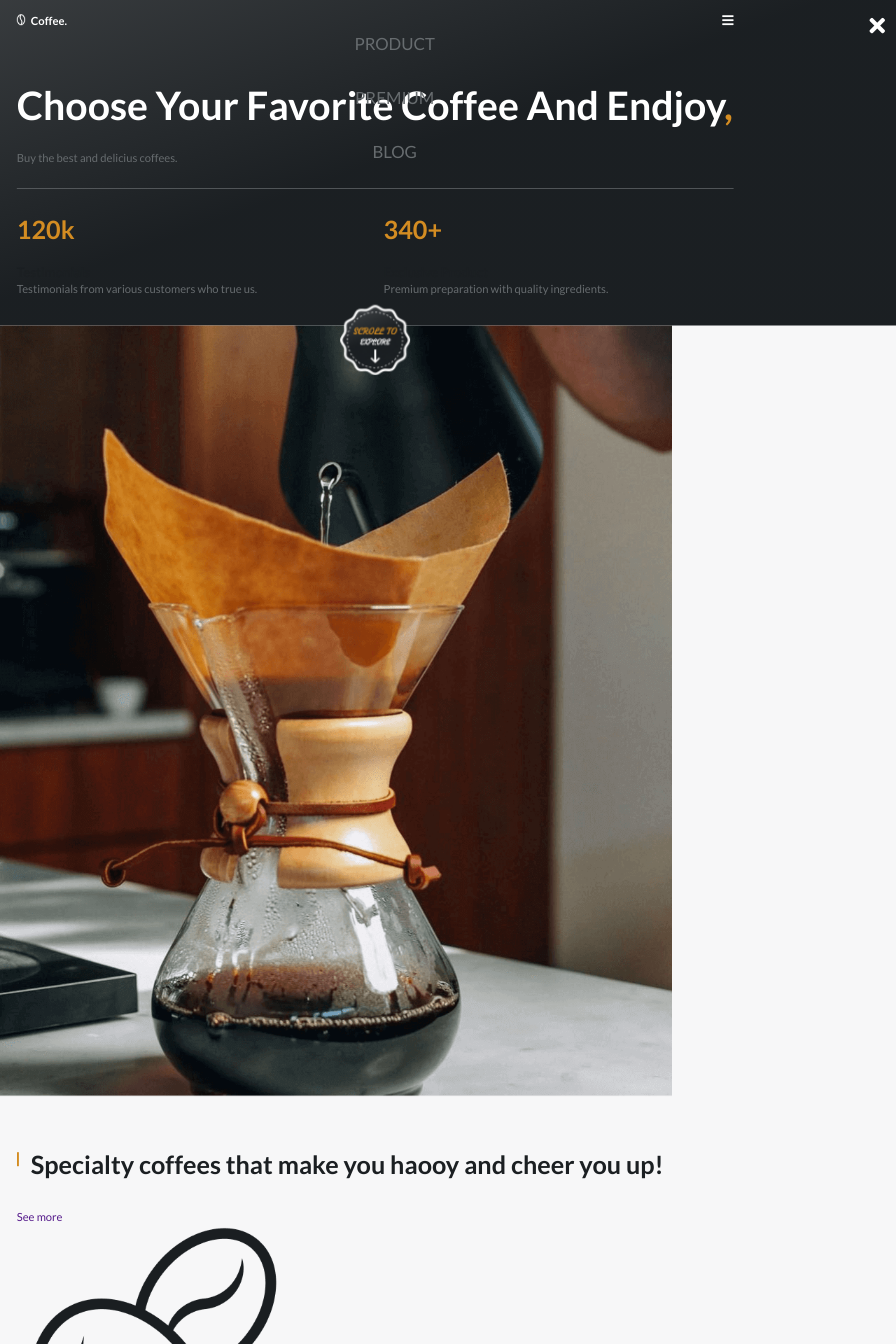
Repository: Nguyenductuan-dev/Website-coffee
Page: index.html
An editor plug-in stored every save of this project. The page is shown before and after the next save, followed by the edit.
The browser window is 1280 px wide. The pictures show the part of the page from y = 0 to 1920 px (the page is 3434 px tall before and 3466 px after), at 70% of full size.

Above is the page before, as saved 2022-04-06 14:41:01.

### index.html
<!DOCTYPE html>
<html lang="en">
<head>
    <meta charset="UTF-8">
    <meta http-equiv="X-UA-Compatible" content="IE=edge">
    <meta name="viewport" content="width=device-width, initial-scale=1.0">
    <link rel="shortcut icon" href="assets/imgs/favicon.png" type="image/x-icon">
    <link rel="stylesheet" href="https://cdnjs.cloudflare.com/ajax/libs/font-awesome/5.15.1/css/all.min.css" />
    <link rel="preconnect" href="https://fonts.googleapis.com">
    <link rel="preconnect" href="https://fonts.gstatic.com" crossorigin>
    <link href="https://fonts.googleapis.com/css2?family=Lato:wght@400;700&family=Montserrat:ital,wght@0,200;0,300;0,400;0,500;0,600;0,700;1,600&display=swap" rel="stylesheet">
    <link rel="stylesheet" href="assets/css/style.css">
    <title>Website coffee</title>
</head>
<body>
    <!-- ============================ HEADER =========================== -->
    <header class="header" id="header">
        <nav class="nav container">
            <a href="/" class="nav__logo">
                <img src="assets/imgs/logo.png" alt="" class="nav__logo-img">
                Coffee.
            </a>

            <div class="nav__menu" id="nav-menu">
                <ul class="nav__list">
                    <li class="nav__item">
                        <a href="#home" class="nav__link">Home</a>
                    </li>
                    <li class="nav__item">
                        <a href="#product" class="nav__link">Product</a>
                    </li>
                    <li class="nav__item">
                        <a href="#premium" class="nav__link">Premium</a>
                    </li>
                    <li class="nav__item">
                        <a href="#blog" class="nav__link">Blog</a>
                    </li>
                </ul>

                <div class="nav__close" id="nav-close">
                    <i class="fas fa-times"></i>
                </div>
            </div>

            <!-- Toggle button -->
            <div class="nav__toggle" id="nav-toggle">
                <i class="fas fa-bars"></i>
            </div>
        </nav>
    </header>

    <!-- ============================ MAIN =============================  -->
    <main>
        <!-- ======================== HOME ============================= -->
        <section class="home grid" id="home">
            <div class="home__container">
                <div class="home__content container">
                    <h1 class="home__title">
                        Choose Your Favorite Coffee And Endjoy<span>,</span>
                    </h1>
                   <p class="home__description">
                       Buy the best and delicius coffees.
                   </p>

                   <div class="home__data">
                       <div class="home__data-group">
                           <h2 class="home__data-number">120k</h2>
                           <h3 class="home-data-title">Testimonials</h3>
                           <p class="home__data-description">
                               Testimonials from various customers who true us.
                           </p>
                       </div>

                       <div class="home__data-group">
                        <h2 class="home__data-number">340+</h2>
                        <h3 class="home-data-title">Exclusive Product</h3>
                        <p class="home__data-description">
                            Premium preparation with quality ingredients.
                        </p>
                    </div>
                   </div>

                   <a href="#specialty">
                       <img src="assets/imgs/scroll.png" alt="" class="home__scroll">
                   </a>
                </div>
            </div>

            <img src="assets/imgs/home.png" alt="" class="home__img">
        </section>

        <!-- ======================== SPECIALTY ============================= -->
        <div class="specialty section container" id="specialty">
            <div class="specialty__container">
                <div class="specialty__box">
                    <h2 class="section__title">
                        Specialty coffees that make you haooy and cheer you up!
                    </h2>

                    <div>
                        <a href="" class="btn specialty__btn">See more</a>
                    </div>
                </div>

                <div class="specialty__catelogy">
                    <div class="speialty__group">
                        <img src="assets/imgs/specialty1.png" alt="" class="specialty__img">
                        <h3 class="specialty__title">Seclected coffee</h3>
                        <p class="specialty__description">
                            We select the best premium coffee, for a true taste.
                        </p>
                    </div>

                    <div class="speialty__group">
                        <img src="assets/imgs/specialty2.png" alt="" class="specialty__img">
                        <h3 class="specialty__title">Delicius Cookies</h3>
                        <p class="specialty__description">
                            Enjoy your coffee whit some hot cookies
                        </p>
                    </div>

                    <div class="speialty__group">
                        <img src="assets/imgs/specialty3.png" alt="" class="specialty__img">
                        <h3 class="specialty__title">Enjoy at home</h3>
                        <p class="specialty__description">
                            Enjoy the best coffee in the comfort of your home.
                        </p>
                    </div>
                </div>
            </div>
        </div>
    </main>



    <script src="assets/js/main.js"></script>
</body>
</html>

### assets/css/style.css
:root {
    --header-height: 3.5rem;
    /* ===============Color=============== */
    --first-color: hsl(36, 72%, 48%);
    --first-color-alt: hsl(36, 72%, 44%);
    --black-color: hsl(206, 12%, 12%);
    --card-color: hsl(0, 0%, 90%);
    --tittle-color: hsl(206, 12%, 12%);
    --text-color: hsl(206, 4%, 42%);
    --tittle-color-light: hsl(206, 4%, 75%);
    --body-color: hsl(206, 4%, 97%);
    --container-color: #fff;

    /* ==============Font=============== */
    --body-font: 'Lato', sans-serif;
    --biggest-font-size: 2.25rem;
    --h1-font-size: 1.5rem;
    --h2-font-size: 1.25rem;
    --h3-font-size: 1rem;
    --normal-font-size: .938rem;
    --small-font-size: .813rem;
    --smaller-font-size: .75rem;

    /* ==============Font weidth========= */
    --font-bold: 700;

    /* ==============Z-index============= */
    --z-tooltip: 10;
    --z-fixed: 100;
}

@media screen and (min-width: 968px){
    :root {
        --biggest-font-size: 3.5rem;
        --h1-font-size: 2.25rem;
        --h2-font-size: 1.5rem;
        --h3-font-size: 1.25rem;
        --normal-font-size: 1rem;
        --small-font-size: .875rem;
        --smaller-font-size: .813rem;
    }
}

/* =================BASE================== */
* {
    padding: 0;
    margin: 0;
    box-sizing: border-box;
}

html {
    scroll-behavior: smooth;
}

body {
    font-family: var(--body-font);
    font-size: var(--normal-font-size);
    background-color: var(--body-color);
    color: var(--text-color);
}

h1,h2,h3 {
    color: var(--tittle-color);
    font-weight: var(--font-bold);
}

h1,h2,h3,p {
    line-height: 140%;
}

ul {
    list-style: none;

}
a {
    text-decoration: none;
}
img {
    max-width: 100%;
    height: auto;
}
button {
    border: none;
    outline: none;
    cursor: pointer;
}

.container {
    max-width: 1024px;
    margin-left: 1.5rem;
    margin-right: 1.5rem;
}
.grid {
    display: grid;
    gap: 1.5rem;
}
.section {
    padding: 4.5rem 0 2rem;
}
.section__title {
    position: relative;
    font-size: var(--h1-font-size);
    padding-left: 1.25rem;
    margin-bottom: 2.5rem;
}
.section__title::before {
    content: '';
    position: absolute;
    top: 8px;
    left: 0;
    width: 3px;
    height: 20px;
    background-color: var(--first-color);
}
/* ====================== HEADER & NAV ====================*/
.header {
    width: 100%;
    background: transparent;
    position: fixed;
    top: 0;
    left: 0;
    z-index: var(--z-fixed);
}
.nav {
    height: var(--header-height);
    display: flex;
    justify-content: space-between;
    align-items: center;
}
.nav__logo,
.nav__toggle {
    color: #fff;
}
.nav__logo {
    display: flex;
    align-items: center;
    column-gap: .5rem;
    font-weight: var(--font-bold);
}
.nav__logo-img {
    width: .75rem;
}
.nav__toggle {
    display: inline-flex;
    font-size: 1.15rem;
    cursor: pointer;
}

@media screen and (max-width: 767px) {
    .nav__menu {
        position: fixed;
        background-color: var(--black-color);
        top: 0;
        right: -100%;
        width: 100%;
        height: 100%;
        transition: .3s;
    }
}

.nav__list {
    display: flex;
    flex-direction: column;
    text-align: center;
    row-gap: 3rem;
    padding-top: 9rem;
}
.nav__link {
    text-transform: uppercase;
    color: var(--text-color-light);
    font-size: var(--h2-font-size);
    transition: .3s;
}
.nav__link:hover {
    color: #fff;
}
.nav__close {
    font-size: 2rem;
    color: #fff;
    position: absolute;
    top: 1rem;
    right: 1rem;
    cursor: pointer;
}

/* =========== Show menu ============ */
.show-menu {
    right: 0;

}
/* =========== SCROLL ========== */
.scroll-header {
    background-color: var(--body-color);
    box-shadow: 0 1px 4px hsla(0, 4%, 15%, .1);
}
.scroll-header .nav__logo,
.scroll-header .nav__toggle {
    color: var(--tittle-color);
}
.scroll-header .nav__logo-img {
    mix-blend-mode: difference;
}

/* =========== HOME ============ */
.home {
    gap: 0;
}
.home__container {
    padding: 7rem 0 2.5rem;
    background: linear-gradient(160deg, hsla(206, 5%, 24%, 1) -4%, hsla(206, 12%, 12%, 1) 46%);
}
.home__content {
    position: relative;
}
.home__title,
.home__data-title {
    color: #fff;
}
.home__title {
    font-size: var(--biggest-font-size);
    margin-bottom: 1.5rem;
}
.home__title span {
    color: var(--first-color);
}
.home__description {
    margin-bottom: 2rem;
}
.home__data {
    border-top: 1px solid var(--text-color);
    padding-top: 2rem;
    display: grid;
    grid-template-columns: repeat(2, 1fr);
    column-gap: 1.5rem;
}
.home__data-number {
    color: var(--first-color);
    font-size: var(--h1-font-size);
    margin-bottom: 1.5rem;
}
.home__data-title {
    font-size: var(--h3-font-size);
    margin-bottom: .5rem;
}
.home__scroll {
    position: absolute;
    width: 100px;
    bottom: -7rem;
    left: 0;
    right: 0;
    margin: 0 auto;
    animation: scroll 3s infinite;
}

@keyframes scroll {
    0% {
        transform: translateY(0);
    }
    50% {
        transform: translateY(-.5rem);
    }
    100% {
        transform: translateY(0);
    }
}

/* =========== BUTTON ============ */

### assets/js/main.js


/* ===================== SHOW MENU ========================= */
const navMenu = document.getElementById('nav-menu');
const navToggle = document.getElementById('nav-toggle');
const navClose = document.getElementById('nav-close');

/* ==================== MENU SHOW ==========================*/
if(navToggle) {
    navToggle.addEventListener('click', () => {
        navMenu.classList.add('show-menu');
    })
}
/* ==================== MENU HIDEN ==========================*/

if(navClose) {
    navClose.addEventListener('click', () =>{
        navMenu.classList.remove('show-menu');
    })
}
/* ===================== REMOVE MENU MOBILE ========================= */
const navLink = document.querySelectorAll('.nav__link');
function linkAction() {
    const navMenu = document.getElementById('nav-menu');
    navMenu.classList.remove('show-menu');

}
navLink.forEach( n => n.addEventListener('click', linkAction));

/* ===================== SCROLL ========================= */
function scrollheader() {
    const header = document.getElementById('header');
    if(this.scrollY >=50) header.classList.add('scroll-header');
    else header.classList.remove('scroll-header');
}
window.addEventListener('scroll', scrollheader);

After the next save:
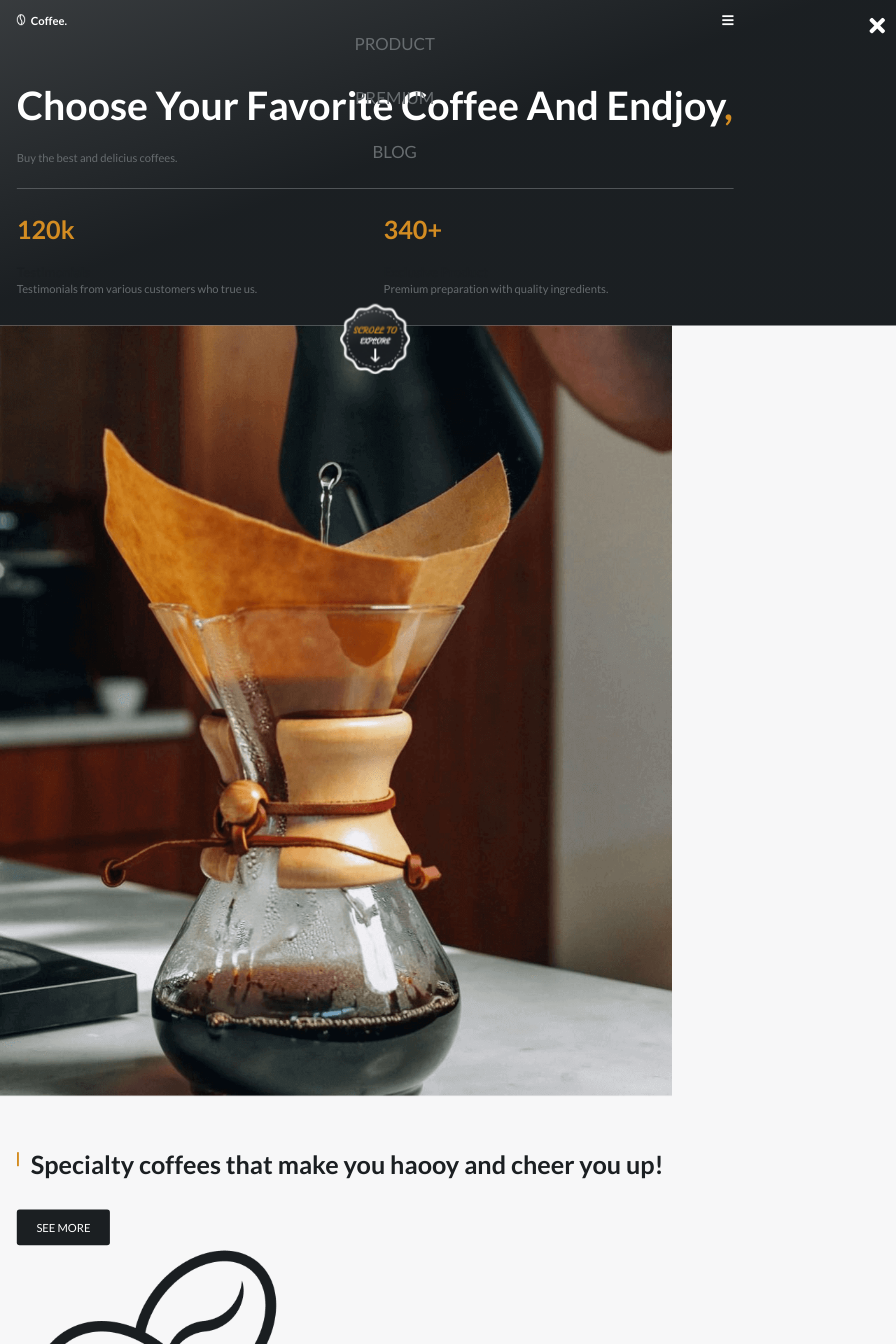
Saved 98 s later.
--- a/assets/css/style.css
+++ b/assets/css/style.css
@@ -264,4 +264,13 @@ button {
     }
 }
 
-/* =========== BUTTON ============ */
+/* =========== Btn ============ */
+.btn {
+    display: inline-block;
+    background-color: var(--black-color);
+    color: #fff;
+    padding: 1rem 1.75rem;
+    border-radius: .25rem;
+    font-size: var(--normal-font-size);
+    text-transform: uppercase;
+}
